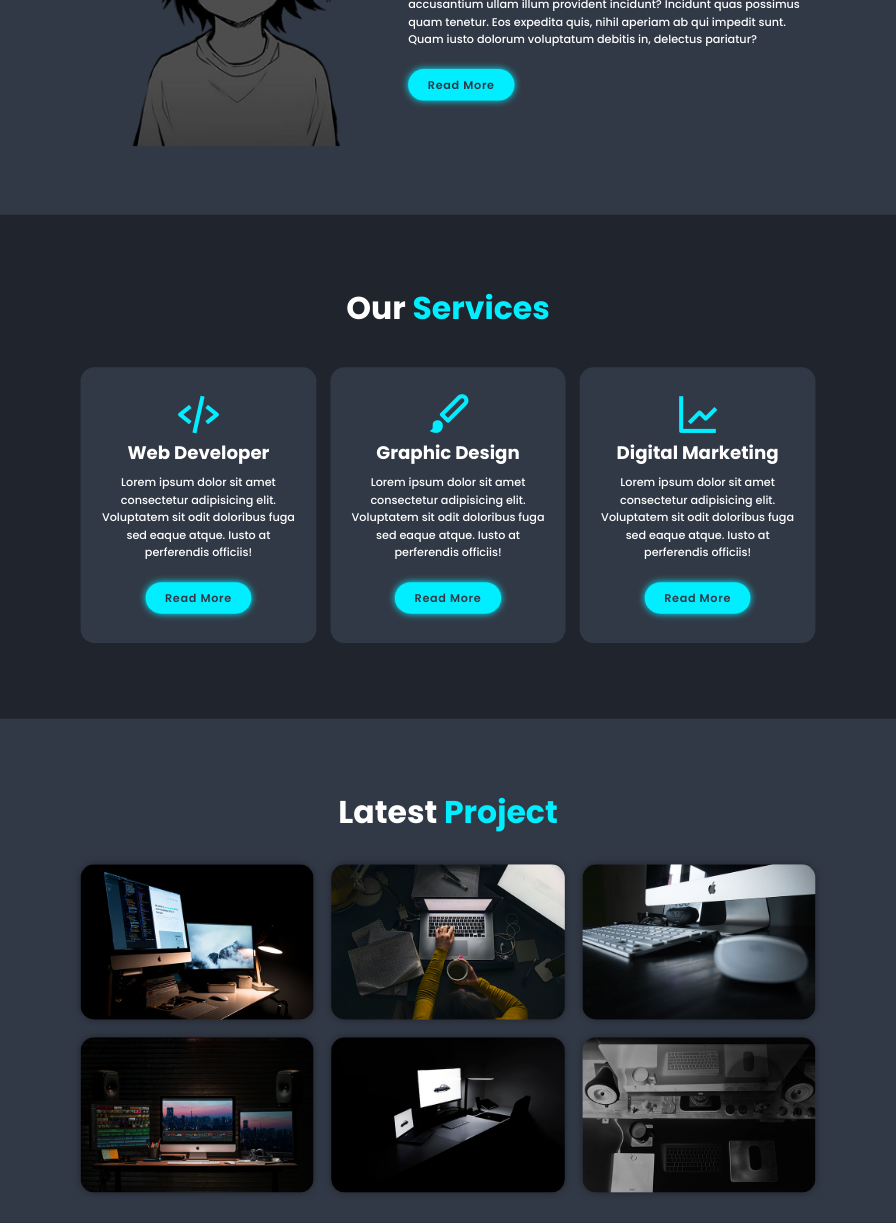
Repository: nguyenthethuan2004/portfolio
Page: index.html
The author's editor kept a copy of each file at every save. The page is drawn from the files as they stood at one save, then again after a run of saves.
The browser window is 1280 px wide. The pictures show the part of the page from y = 1204 to 3124 px (the page is 2951 px tall before and 3124 px after), at 70% of full size.

Above is the page before, as saved 2023-10-03 17:07:46.

After the next 2 saves:
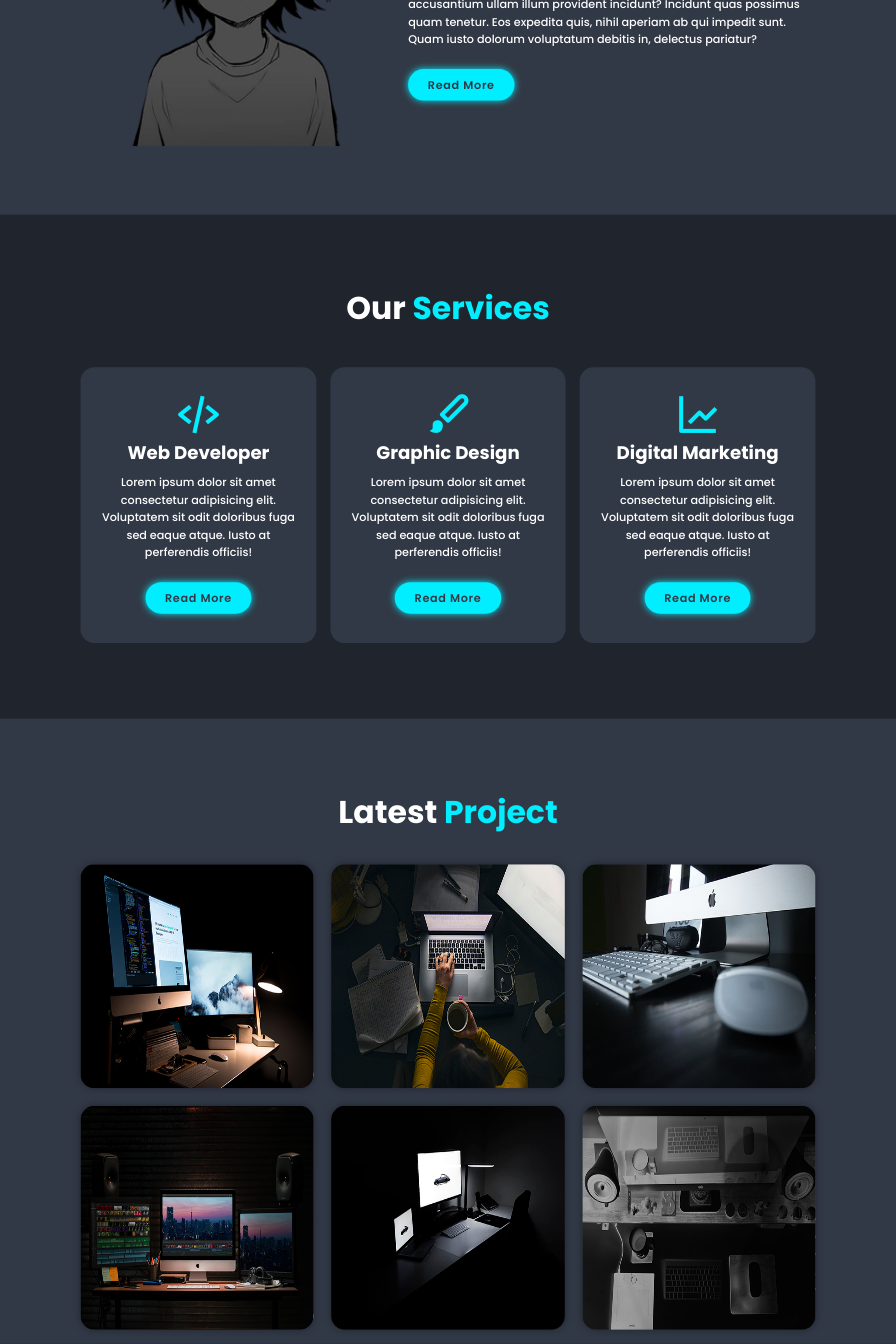
The 2 saves are shown as one change because they came seconds apart.
The last was saved 12 s later.
--- a/css/style.css
+++ b/css/style.css
@@ -241,6 +241,8 @@
     width: 100%
 }
 
+.portfolio-box;hover img
+
 .portfolio-box .portfolio-layer {
     position: absolute;
     bottom: 0;

After the 2 saves that followed:
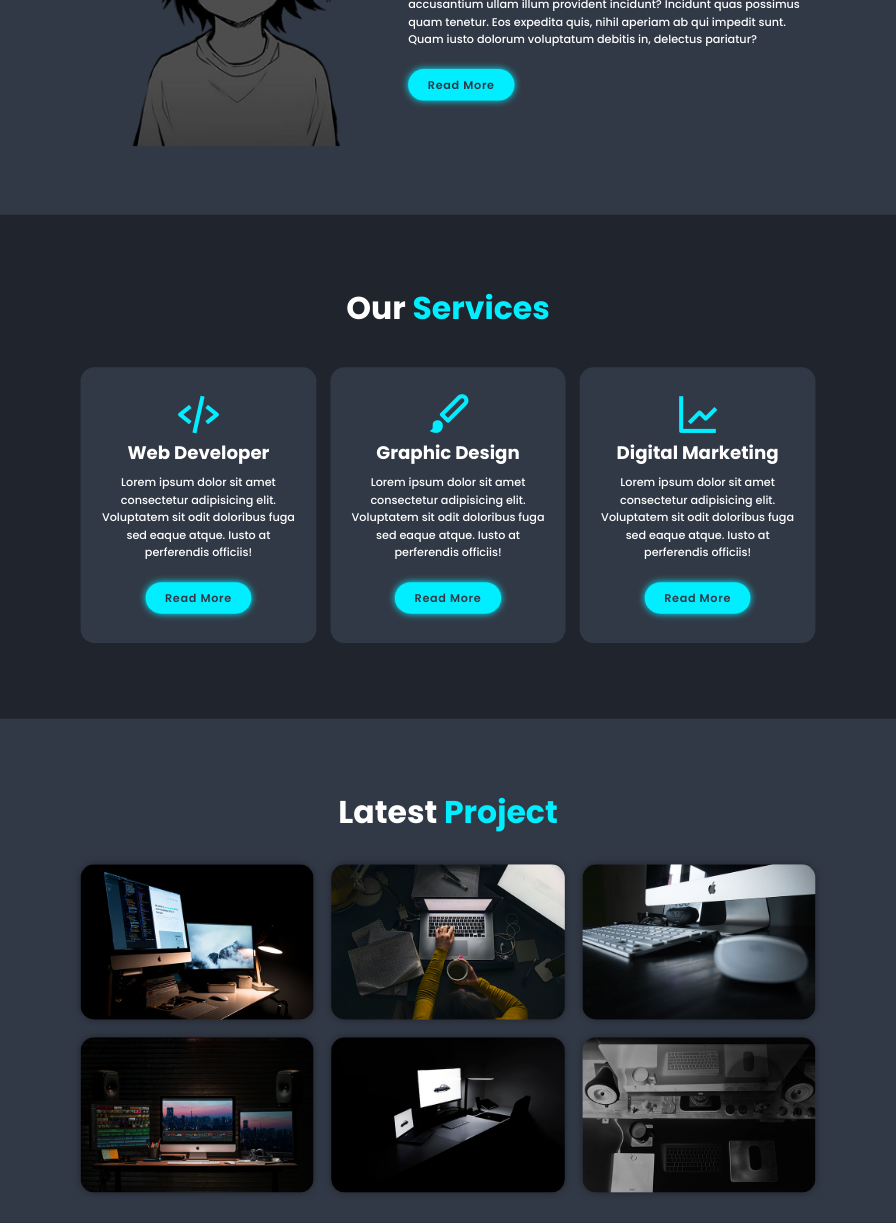
The 2 saves are shown as one change because 1 left the picture as it was.
The last was saved 11 s later.
--- a/css/style.css
+++ b/css/style.css
@@ -241,7 +241,9 @@
     width: 100%
 }
 
-.portfolio-box;hover img
+.portfolio-box:hover img {
+
+}
 
 .portfolio-box .portfolio-layer {
     position: absolute;
